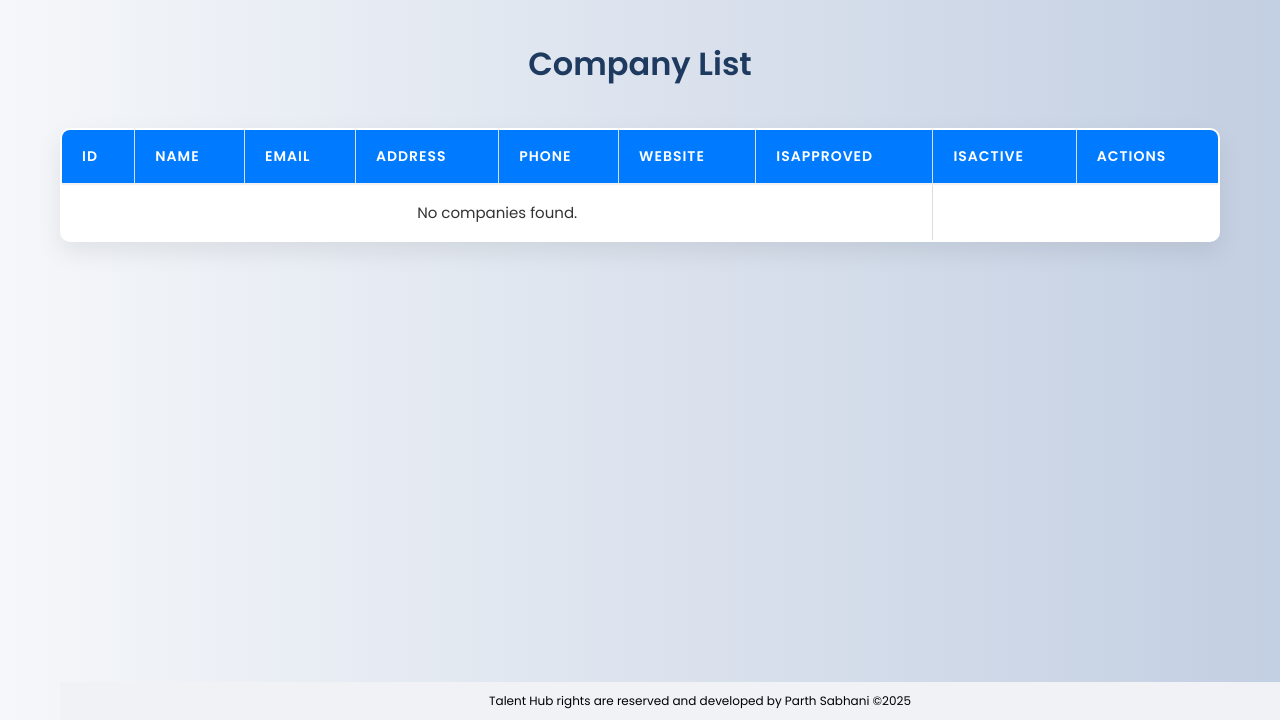
Repository: parthsabhani/Job_Portal_JSP_Servlet
Page: http://localhost/Job_Portal/adminDashboard.jsp
The author's editor kept a copy of each file at every save. The page is drawn from the files as they stood at one save, then again after the next save.
The browser window is 1280 px wide. The pictures show the whole page.
The page is served by Tomcat 10. The session is filled in as if someone had signed in: {"model": 1, "emodel": 1, "userProjects": "testuser", "role": "user"}. Other server files are loaded and not shown. The template is opened directly, without the code that normally fills it, so the values that code supplies are empty.

Above is the page before, as saved 2025-04-24 12:48:08.

### Job_Portal/src/main/webapp/adminDashboard.jsp
<%@ page language="java" contentType="text/html; charset=UTF-8"
	pageEncoding="UTF-8"%>
<%@ page import="java.util.*, com.model.CompanyModel"%>


<%
	String role = (String) session.getAttribute("role");

	//Check if session is invalid or user is not logged in
  if (role == null) {
      response.sendRedirect("adminLogin.jsp");
      return;
  }

%>

<!DOCTYPE html>
<html>
<head>
<meta charset="UTF-8">
<title>Admin Dashboard</title>

<style>
@import url('https://fonts.googleapis.com/css2?family=Poppins:wght@400;600&display=swap');

* {
	box-sizing: border-box;
	margin: 0;
	padding: 0;
}

body {
	font-family: 'Poppins', sans-serif;
	background: linear-gradient(to right, #f5f7fa, #c3cfe2);
	padding: 40px 60px;
	color: #333;
}

h2 {
	text-align: center;
	font-size: 32px;
	color: #1e3a5f;
	margin-bottom: 40px;
}

table {
	width: 100%;
	border-collapse: collapse;
	background: white;
	box-shadow: 0 10px 25px rgba(0, 0, 0, 0.08);
	border-radius: 10px;
	overflow: hidden;
	border: 2px solid #ddd; /* Border around the entire table */
}

th, td {
	padding: 16px 20px;
	text-align: left;
	font-size: 15px;
}

th {
	background-color: #007BFF;
	color: white;
	text-transform: uppercase;
	font-size: 14px;
	letter-spacing: 1px;
	border-right: 1px solid #ddd; /* Border to separate columns */
}

td {
	border-right: 1px solid #ddd; /* Border to separate columns */
}

tr:last-child td {
	border-bottom: none; /* Remove bottom border for the last row */
}

tr:hover {
	background-color: #f1f9ff;
	transition: background 0.2s ease-in-out;
}

a {
	color: #007bff;
	text-decoration: none;
}

a:hover {
	text-decoration: underline;
	color: #0056b3;
}

.btn {
	padding: 8px 16px;
	border: none;
	border-radius: 5px;
	color: white;
	cursor: pointer;
	font-weight: 500;
	font-size: 14px;
	transition: background-color 0.3s ease, transform 0.2s ease;
}

.approve-btn {
	background-color: #28a745;
}

.approve-btn:hover {
	background-color: #218838;
	transform: translateY(-1px);
}

.reject-btn {
	background-color: #dc3545;
}

.reject-btn:hover {
	background-color: #c82333;
	transform: translateY(-1px);
}

tfoot td {
	text-align: center;
	color: #666;
	padding: 20px;
	font-style: italic;
}

/* Adding a strong bottom border for rows */
tr {
	border-bottom: 2px solid #f1f1f1;
}

/* Adding a border for buttons */
.btn {
	border: 1px solid #ddd;
}

.btn:hover {
	border: 1px solid #ccc;
}

/* Removing bottom border from last row */
tr:last-child td {
	border-bottom: none;
}

</style>


</head>
<body>

	<h2 class="dashboard-title">Company List</h2>

	<table>
		<thead>
			<tr>
				<th>ID</th>
				<th>Name</th>
				<th>Email</th>
				<th>Address</th>
				<th>Phone</th>
				<th>Website</th>
				<th>isApproved</th>
				<th>isActive</th>
				<th>Actions</th>
			</tr>
		</thead>
		<tbody>
			<%
			List<CompanyModel> companyList = (List<CompanyModel>) request.getAttribute("companyList");
			if (companyList != null && !companyList.isEmpty()) {
				for (CompanyModel company : companyList) {
			%>
			<tr>
				<td><%=company.getCompanyid()%></td>
				<td><%=company.getName()%></td>
				<td><%=company.getEmail()%></td>
				<td><%=company.getAddress()%></td>
				<td><%=company.getPhone()%></td>
				<td><a href="<%=company.getWebsite()%>" target="_blank"
					style="color: #007bff; text-decoration: none;"> <%=company.getWebsite()%>
				</a></td>
				<td><%=company.isApproved() %></td>
				<td><%=company.isActive() %></td>
				<td>
					<form action="AdminController" method="post"
						style="display: inline;">
						<input type="hidden" name="companyId"
							value="<%=company.getCompanyid()%>">
						<button type="submit" name="action" value="approve"
							class="btn approve-btn">Approve</button>
						<button type="submit" name="action" value="reject"
							class="btn reject-btn">Reject</button>
					</form>
				</td>

			</tr>
			<%
			}
			} else {
			%>
			<tr>
				<td colspan="7" style="text-align: center;">No companies found.</td>
			</tr>
			<%
			}
			%>
		</tbody>
	</table>

	<!-- Footer Start -->
	<%
    	request.setAttribute("footerStyle", "position: fixed; bottom: 0; width: 100%; padding: 10px 0; background-color: #f0f2f5; color: #000000; text-align: center; font-size: 12px; font-family: 'Poppins', sans-serif;");
	%>
	<jsp:include page="footer.jsp" />
	<!-- Footer End -->
</body>
</html>

### Job_Portal/src/main/webapp/footer.jsp
<%@ page language="java" contentType="text/html; charset=UTF-8"
    pageEncoding="UTF-8"%>
<!DOCTYPE html>
<html>
<head>
<meta charset="UTF-8">
<title>Insert title here</title>
</head>
<body>
<%
    String footerStyle = (String) request.getAttribute("footerStyle");
    if (footerStyle == null) {
        footerStyle = "position: fixed; bottom: 0; width: 100%; padding: 8px 0; background-color: #000; color: white; text-align: center; font-size: 12px; font-family: 'Poppins', sans-serif;";
    }
%>
<footer style="<%= footerStyle %>">
    Talent Hub rights are reserved and developed by Parth Sabhani ©2025
</footer>
</body>
</html>

After the next save:
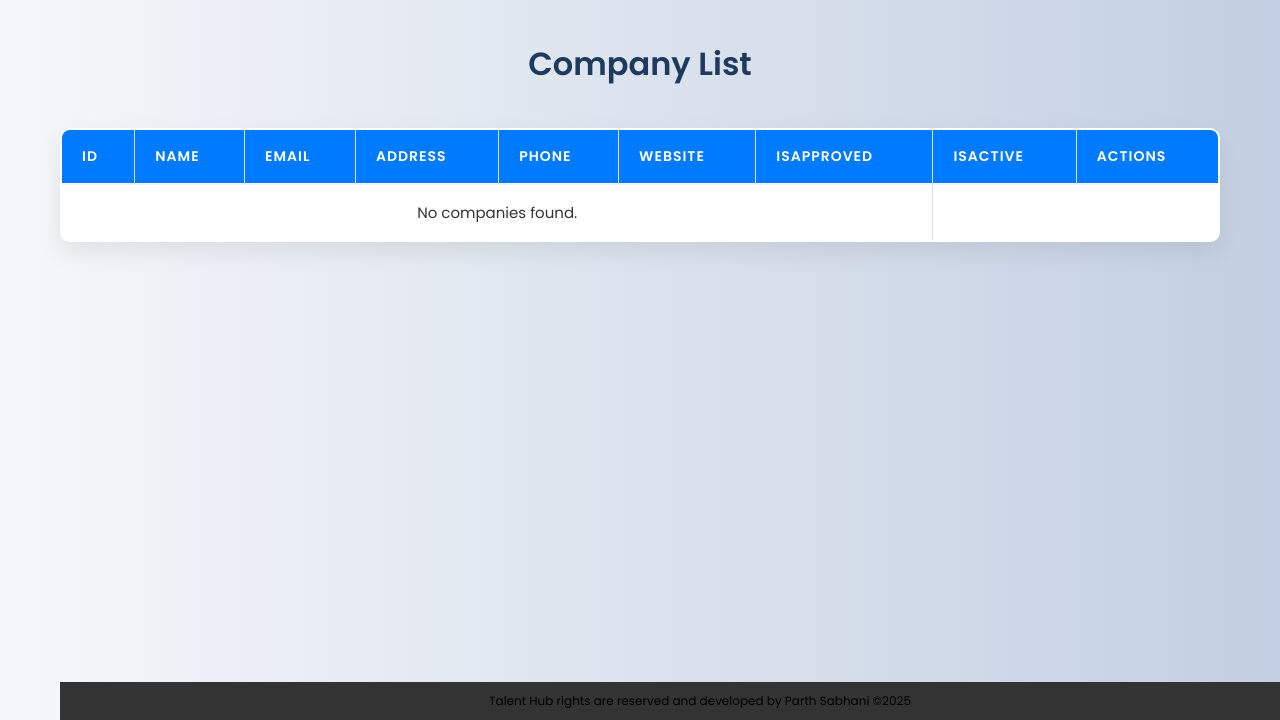
Saved 34 s later.
--- a/Job_Portal/src/main/webapp/adminDashboard.jsp
+++ b/Job_Portal/src/main/webapp/adminDashboard.jsp
@@ -213,7 +213,7 @@
 
 	<!-- Footer Start -->
 	<%
-    	request.setAttribute("footerStyle", "position: fixed; bottom: 0; width: 100%; padding: 10px 0; background-color: #f0f2f5; color: #000000; text-align: center; font-size: 12px; font-family: 'Poppins', sans-serif;");
+    	request.setAttribute("footerStyle", "position: fixed; bottom: 0; width: 100%; padding: 10px 0; background-color: #333; color: #000000; text-align: center; font-size: 12px; font-family: 'Poppins', sans-serif;");
 	%>
 	<jsp:include page="footer.jsp" />
 	<!-- Footer End -->

After the save that followed:
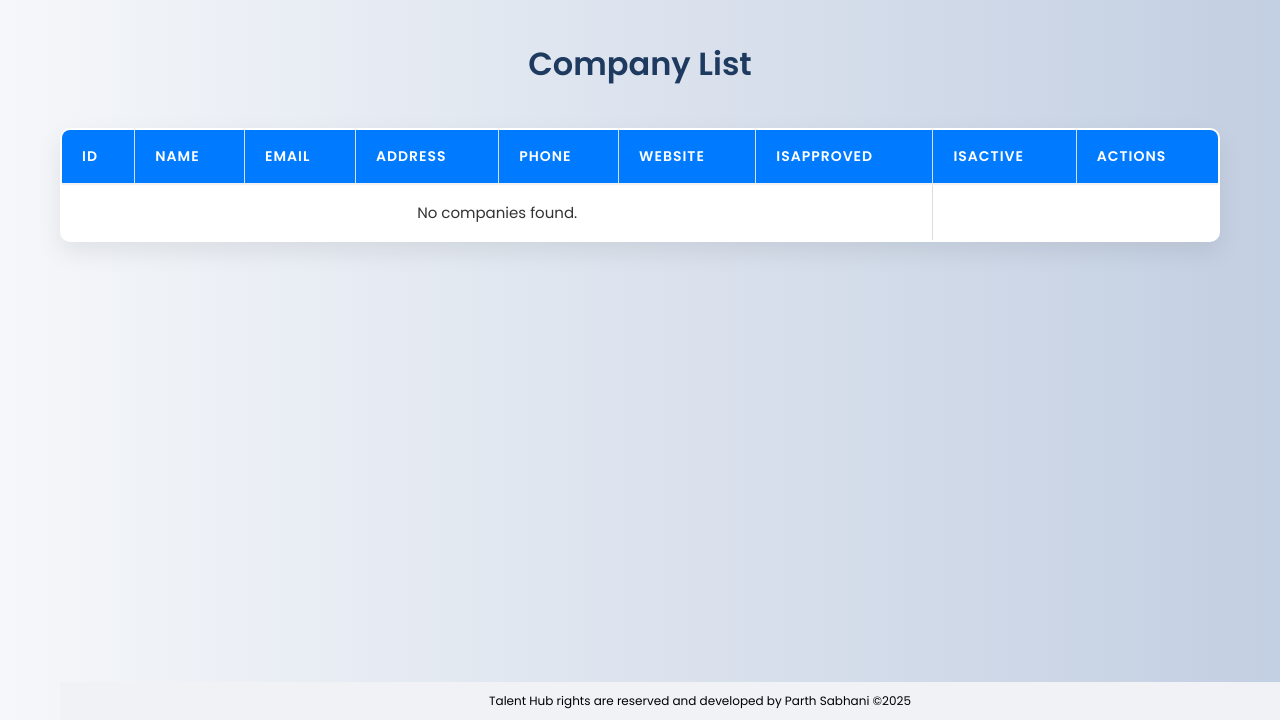
Saved 72 s later.
--- a/Job_Portal/src/main/webapp/adminDashboard.jsp
+++ b/Job_Portal/src/main/webapp/adminDashboard.jsp
@@ -213,7 +213,7 @@
 
 	<!-- Footer Start -->
 	<%
-    	request.setAttribute("footerStyle", "position: fixed; bottom: 0; width: 100%; padding: 10px 0; background-color: #333; color: #000000; text-align: center; font-size: 12px; font-family: 'Poppins', sans-serif;");
+    	request.setAttribute("footerStyle", "position: fixed; bottom: 0; width: 100%; padding: 10px 0; background-color: #f0f2f5; color: #000000; text-align: center; font-size: 12px; font-family: 'Poppins', sans-serif;");
 	%>
 	<jsp:include page="footer.jsp" />
 	<!-- Footer End -->
